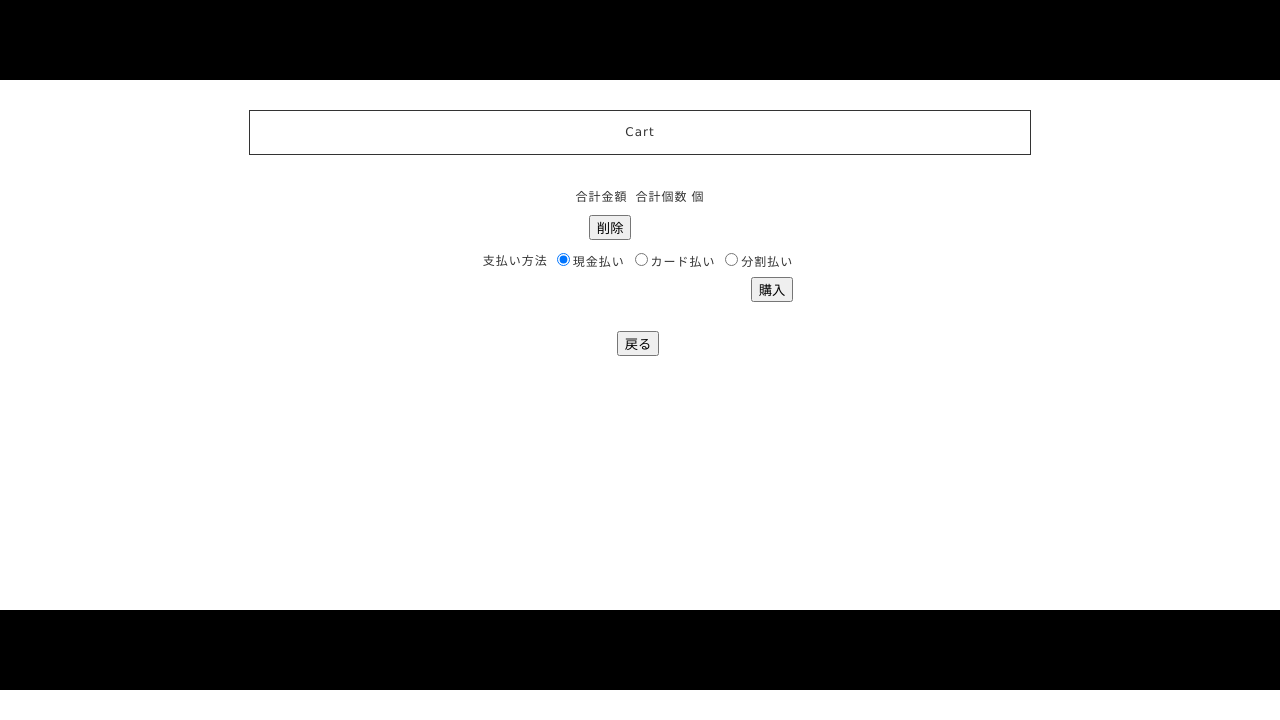
Repository: kazuki7291/backup
Page: http://localhost/template/cart.jsp
An editor plug-in stored every save of this project. The page is shown before and after the next save, followed by the edit.
The browser window is 1280 px wide. The pictures show the whole page.
Some web libraries are served in a nearby version. The page is served by Tomcat 9. Other server files are loaded and not shown.

Above is the page before, as saved 2018-01-10 12:24:04.

### template/WebContent/cart.jsp

<%@ page language="java" contentType="text/html; charset=UTF-8"
	pageEncoding="UTF-8"%>
<%@ taglib prefix="s" uri="/struts-tags"%>

<!DOCTYPE html>
<html>
<head>
	<meta charset="utf-8">
	<meta http-equiv="Content-Type" content="text/html; charset=utf-8" />
	<meta http-equiv="Content-Style-Type" content="text/css" />
	<meta http-equiv="Content-Script-Type" content="text/javascript" />
	<meta http-equiv="imagetoolbar" content="no" />
	<meta name="description" content="" />
	<meta name="keywords" content="" />
	<meta charset="utf-8">
	<script src="http://ajax.googleapis.com/ajax/libs/jquery/1.9.1/jquery.min.js"></script>
	<title>Cart画面</title>
	<style type="text/css">
	/* ========TAG LAYOUT======== */
		body {
		   margin:0;
		   padding:0;
		   line-height:1.6;
		   letter-spacing:1px;
		   font-family:Verdana, Helvetica, sans-serif;
		   font-size:12px;
		   color:#333;
		   background:#fff;
		}

		table {
			text-align:center;
			margin:0 auto;
		}

	/* ========ID LAYOUT======== */
		#top {
		   width:780px;
		   margin:30px auto;
		   border:1px solid #333;
		}

		#header {
		   width: 100%;
		   height: 80px;
		   background-color: black;
		}

		#main {
		   width: 100%;
		   height: 500px;
		   text-align: center;
		}

		#footer {
			width: 100%;
			height: 80px;
			background-color: black;
			clear:both;
		}
	</style>
	<script type="text/javascript">
		function submitAction(url) {
			$('form').attr('action', url);
			$('form').submit();
		}
	</script>
</head>
<body>
	<div id="header">
	 	<div id="pr">
		</div>
	</div>
	<div id="main">
		<div id="top">
			<p>Cart</p>
		</div>
		<div>
		<s:if test="session.total_count == 0">
			<td>商品情報がありません。</td>
		</s:if>

		<s:else>
			<s:form action="DeleteCartAction">
				<s:iterator value = "session.buyitemCartList">
					<tr>
						<td>
							<s:property value="itemName" />
						</td>
						<td>
							<s:property value="itemPrice" />
						</td>
						<td></td>
						<td>
							<s:property value="count" /><span>個</span>
						</td>
						<td>
							<input type="checkbox" name="DeleteFlag" value="<s:property value='id' />"/>
						</td>
					</tr>
				</s:iterator>
				<tr>
					<td>合計金額</td>
					<td><s:property value="session.total_price"/></td>
					<td>合計個数</td>
					<td><s:property value="session.total_count"/><span>個</span></td>
				</tr>
				<tr><td></td><td></td><td></td><td><s:submit value="削除"  /><td></tr>
			</s:form>
			<s:form action="GobuyItemConfirmAction">
				<tr>
					<td>支払い方法</td>
					<td>
						<input type="radio" name="pay" value="1" checked="checked">現金払い
						<input type="radio" name="pay" value="2">カード払い
						<input type="radio" name="pay" value="3">分割払い
					</td>
					<td>
						<s:submit value="購入"  />
					</td>
				</tr>
			</s:form>
		</s:else>
		<s:form>
				<tr>
					<td>
						<br>
					</td>
				</tr>
				<tr>
					<td><input type="button" value="戻る" onclick="submitAction('HomeAction')" /></td>
					 <td><!--<input type="button" value="購入" onclick="submitAction('GobuyItemConfirmAction')" /> --></td>
				</tr>
		</s:form>
		</div>
	</div>
	<div id="footer">
		<div id="pr">
		</div>
	</div>
</body>
</html>

After the next save:
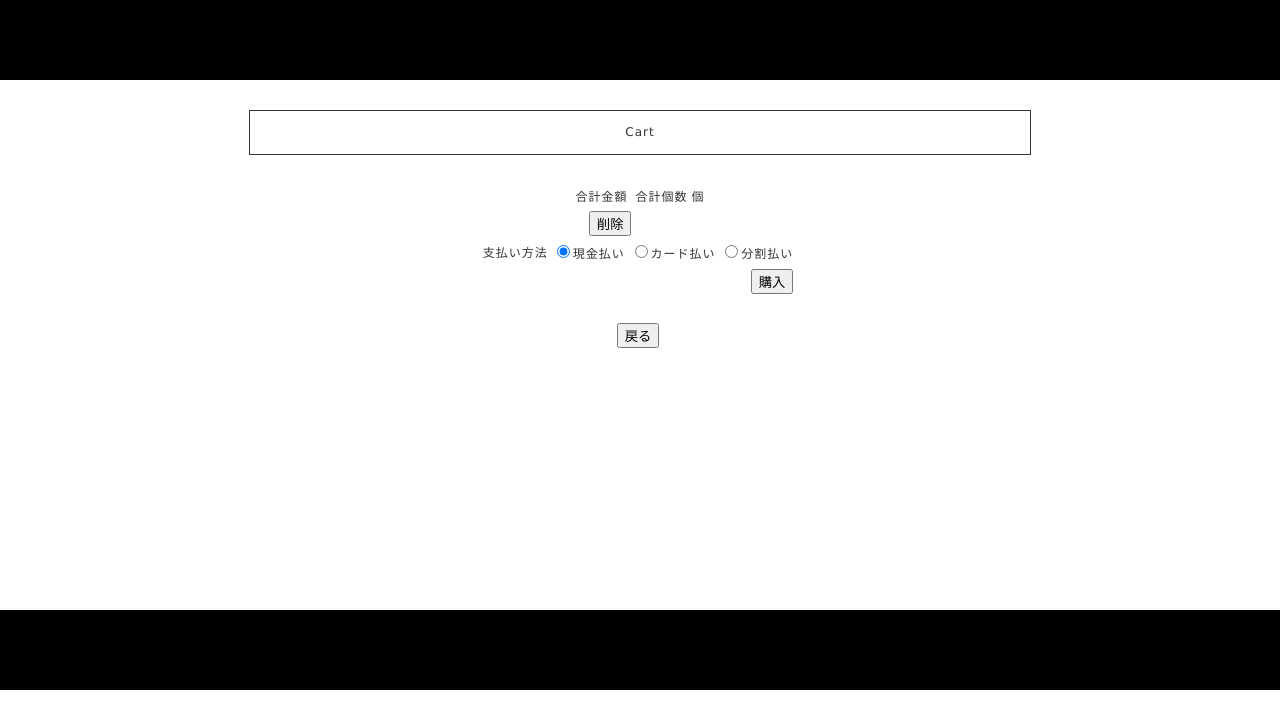
Saved 27 s later.
--- a/template/WebContent/cart.jsp
+++ b/template/WebContent/cart.jsp
@@ -106,7 +106,7 @@
 					<td>合計個数</td>
 					<td><s:property value="session.total_count"/><span>個</span></td>
 				</tr>
-				<tr><td></td><td></td><td></td><td><s:submit value="削除"  /><td></tr>
+				<s:submit value="削除"  />
 			</s:form>
 			<s:form action="GobuyItemConfirmAction">
 				<tr>
